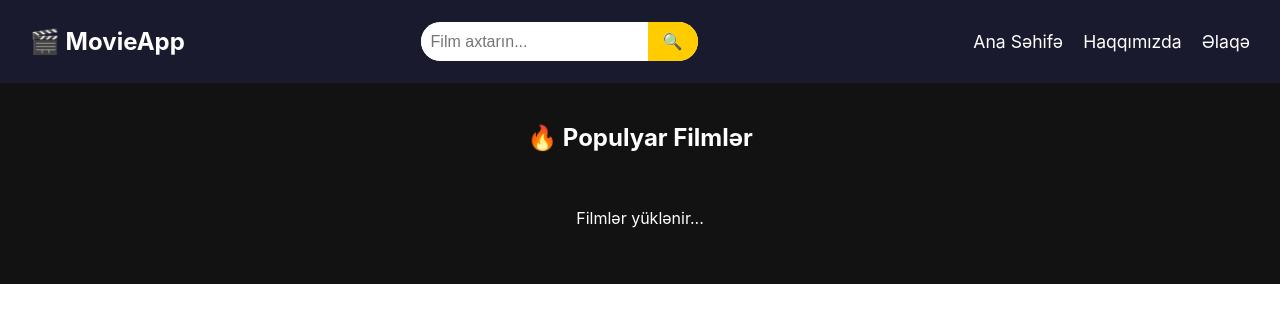
Repository: Zulfiyya077/InternIntelligence_MovieWebsite
Page: /
These files come from the project's save history. The page is drawn as it stood at one moment and after the next save; the edit follows.
The browser window is 1280 px wide. The pictures show the whole page.
The page's requests for data from a server got no answer. The project was rebuilt for these pictures with package versions that can differ from the ones it lists, and the page was loaded fresh each time. No one was signed in, and anything a server would have sent is missing. Also part of the build but not shown: vite.config.js, src/components/MovieCard.module.css, src/components/MovieCard.jsx, src/pages/MovieDetailsPage.module.css, src/pages/MovieDetailsPage.jsx, src/App.module.css, src/pages/About.module.css, src/pages/About.jsx and 2 more.

Above is the page before, as saved 2025-02-24 01:17:39.

### src/App.jsx
import React from 'react';
import { BrowserRouter as Router, Routes, Route } from 'react-router-dom';
import Home from './pages/Home';
import MovieDetailsPage from './pages/MovieDetailsPage';
import Navbar from './components/Navbar';
import styles from './App.module.css';
import About from './pages/About';
import Contact from './pages/Contact';

const App = () => {
    return (
        <Router>
            <div className={styles.app}>
                <Navbar />
                <Routes>
                    <Route path="/" element={<Home />} />
                    <Route path="/about" element={<About />} />
                    <Route path="/contact" element={<Contact />} />
                    <Route path="/movie/:id" element={<MovieDetailsPage />} />
                </Routes>
            </div>
        </Router>
    );
};

export default App;

### src/pages/Home.jsx
import React, { useState, useEffect } from 'react';
import { getPopularMovies } from '../services/MovieService';
import MovieCard from '../components/MovieCard';
import styles from './Home.module.css';

const Home = () => {
    const [movies, setMovies] = useState([]);

    useEffect(() => {
        const fetchMovies = async () => {
            const data = await getPopularMovies();
            setMovies(data.results);
        };

        fetchMovies();
    }, []);

    return (
        <div className={styles.home}>
            <h2>🔥 Populyar Filmlər</h2>
            <div className={styles.movieList}>
                {movies.length > 0 ? (
                    movies.map((movie) => <MovieCard key={movie.id} movie={movie} />)
                ) : (
                    <p>Filmlər yüklənir...</p>
                )}
            </div>
        </div>
    );
};

export default Home;

### src/components/Navbar.jsx
import React from 'react';
import { Link } from 'react-router-dom';
import SearchBar from './SearchBar';
import styles from './Navbar.module.css';

const Navbar = () => {
    return (
        <nav className={styles.navbar}>
            <div className={styles.logo}>
                <Link to="/">🎬 MovieApp</Link>
            </div>
            <SearchBar />
            <ul className={styles.navLinks}>
                <li><Link to="/">Ana Səhifə</Link></li>
                <li><Link to="/about">Haqqımızda</Link></li>
                <li><Link to="/contact">Əlaqə</Link></li>
            </ul>
        </nav>
    );
};

export default Navbar;

### src/services/MovieService.jsx
import axios from 'axios';

const API_KEY = '347d82ea465848c0e545ed15f4366554'; // Buraya TMDB API açarını əlavə et
const BASE_URL = 'https://api.themoviedb.org/3';

// Axios instance yaradılır
const api = axios.create({
    baseURL: BASE_URL,
    params: {
        api_key: API_KEY,
        language: 'en-US',
    },
});

// Populyar filmləri gətirən funksiya
export const getPopularMovies = async () => {
    try {
        const response = await api.get('/movie/popular');
        return response.data;
    } catch (error) {
        console.error('Populyar filmlər yüklənərkən xəta baş verdi:', error);
        return { results: [] };
    }
};

// Axtarış funksiyası
export const searchMovies = async (query) => {
    try {
        const response = await api.get('/search/movie', {
            params: { query },
        });
        return response.data;
    } catch (error) {
        console.error('Film axtarışı zamanı xəta baş verdi:', error);
        return { results: [] };
    }
};

// Film detallarını gətirən funksiya
export const getMovieDetails = async (movieId) => {
    try {
        const response = await api.get(`/movie/${movieId}`);
        return response.data;
    } catch (error) {
        console.error('Film detalları yüklənərkən xəta baş verdi:', error);
        return null;
    }
};

### src/pages/Home.module.css
.home {
    padding: 20px;
    text-align: center;
    background-color: #121212;
    color: white;
}

.movieList {
    display: grid;
    grid-template-columns: repeat(auto-fit, minmax(200px, 1fr));
    gap: 20px;
    padding: 20px;
    justify-items: center;
}

### src/components/SearchBar.jsx
import React, { useState } from 'react';
import { useNavigate } from 'react-router-dom';
import styles from './SearchBar.module.css';

const SearchBar = () => {
    const [query, setQuery] = useState('');
    const navigate = useNavigate();

    const handleSearch = (e) => {
        e.preventDefault();
        if (query.trim()) {
            navigate(`/search/${query}`);
            setQuery('');
        }
    };

    return (
        <form onSubmit={handleSearch} className={styles.searchBar}>
            <input
                type="text"
                placeholder="Film axtarın..."
                value={query}
                onChange={(e) => setQuery(e.target.value)}
            />
            <button type="submit">🔍</button>
        </form>
    );
};

export default SearchBar;

### src/components/Navbar.module.css
.navbar {
    display: flex;
    align-items: center;
    justify-content: space-between;
    background-color: #1a1a2e;
    padding: 15px 30px;
    color: white;
}

.logo a {
    font-size: 1.5rem;
    color: white;
    text-decoration: none;
    font-weight: bold;
}

.navLinks {
    list-style: none;
    display: flex;
    gap: 20px;
}

.navLinks li a {
    color: white;
    text-decoration: none;
    font-size: 1.1rem;
    transition: color 0.3s;
}

.navLinks li a:hover {
    color: #ffcc00;
}

### src/components/SearchBar.module.css
.searchBar {
    display: flex;
    align-items: center;
    background-color: white;
    border-radius: 20px;
    overflow: hidden;
}

.searchBar input {
    border: none;
    padding: 10px;
    outline: none;
    font-size: 1rem;
}

.searchBar button {
    background-color: #ffcc00;
    border: none;
    padding: 10px 15px;
    cursor: pointer;
    font-size: 1rem;
}

.searchBar button:hover {
    background-color: #e6b800;
}

Loaded but not shown: index.html (common file); src/main.jsx (common file); src/index.css (common file)

After the next save:
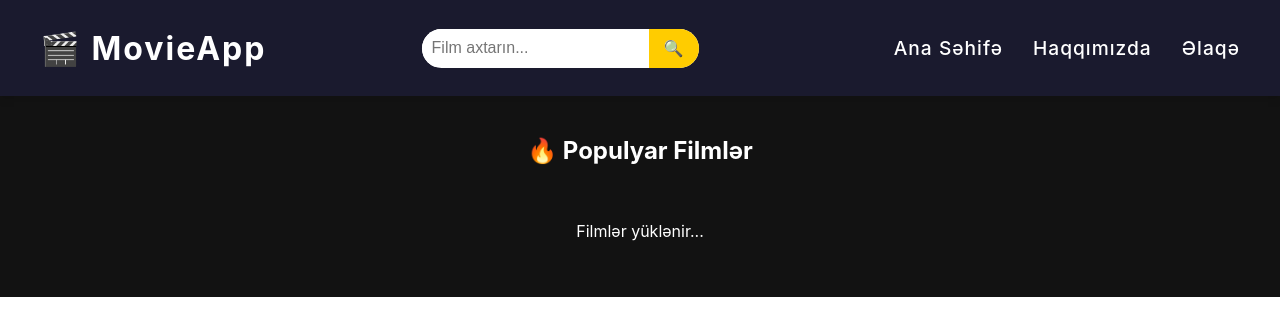
Saved 12 min 40 s later.
--- a/src/components/Navbar.module.css
+++ b/src/components/Navbar.module.css
@@ -1,32 +1,58 @@
+/* Navbar */
 .navbar {
     display: flex;
     align-items: center;
     justify-content: space-between;
-    background-color: #1a1a2e;
-    padding: 15px 30px;
+    background-color: #2f2f3d; /* Daha qaranlıq bir fon */
+    padding: 20px 40px;
     color: white;
+    box-shadow: 0 4px 8px rgba(0, 0, 0, 0.1); /* Sıx kölgə əlavə edildi */
+    position: sticky;
+    top: 0;
+    z-index: 1000;
+    transition: background-color 0.3s ease;
+}
+
+.navbar:hover {
+    background-color: #1a1a2e; /* Navbar-ın hover effekti */
 }
 
 .logo a {
-    font-size: 1.5rem;
+    font-size: 2rem;
     color: white;
     text-decoration: none;
-    font-weight: bold;
+    font-weight: 700;
+    letter-spacing: 2px;
+    transition: transform 0.3s ease, color 0.3s ease;
+}
+
+.logo a:hover {
+    transform: scale(1.1); /* Hover effekti ilə logo böyüyəcək */
+    color: #ffcc00; /* Hoverda logo rəngi dəyişir */
 }
 
 .navLinks {
     list-style: none;
     display: flex;
-    gap: 20px;
+    gap: 30px;
+}
+
+.navLinks li {
+    position: relative;
 }
 
 .navLinks li a {
     color: white;
     text-decoration: none;
-    font-size: 1.1rem;
-    transition: color 0.3s;
+    font-size: 1.2rem;
+    font-weight: 500;
+    letter-spacing: 1px;
+    transition: color 0.3s ease, transform 0.3s ease;
 }
 
 .navLinks li a:hover {
     color: #ffcc00;
+    transform: translateY(-5px); /* Hoverda yuxarı doğru hərəkət edir */
 }
+
+/
